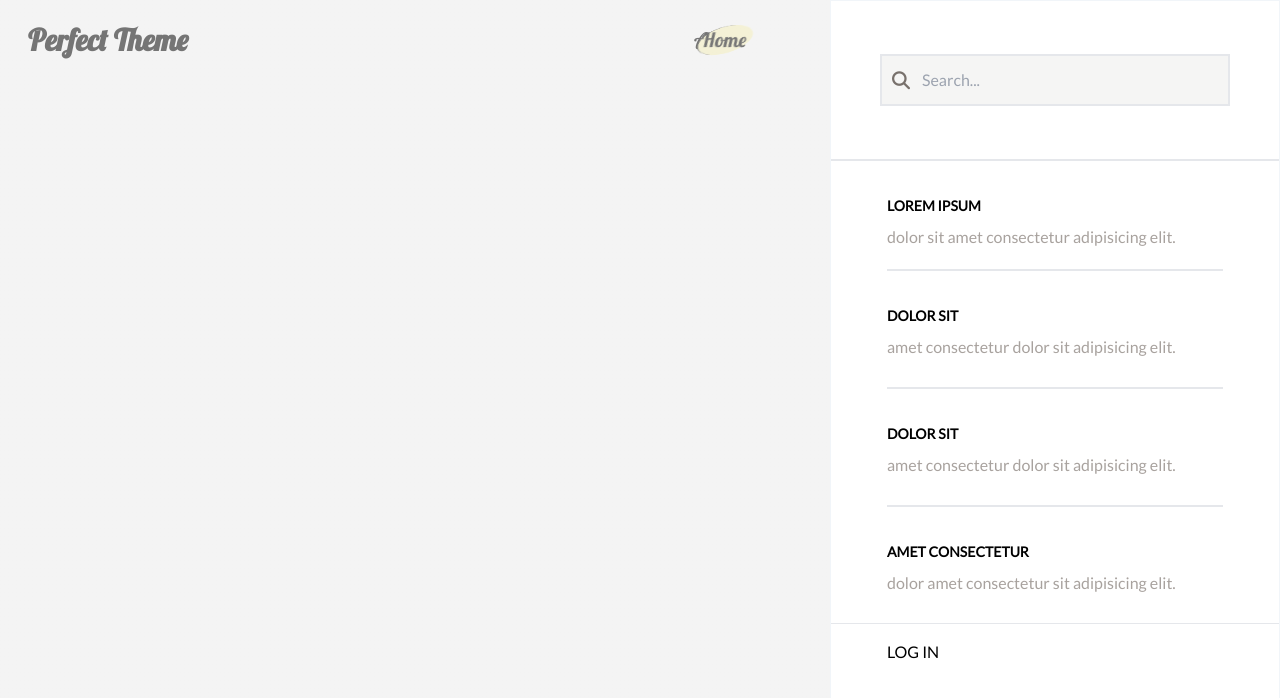
Repository: hsumyatm7308/laravel-blog
Page: blogweb/resources/views/blog/headerlayout.html
An editor plug-in stored every save of this project. The page is shown before and after a run of saves, followed by the edit.
The browser window is 1280 px wide. The pictures show the whole page.
Some web libraries are served in a nearby version.

Above is the page before, as saved 2023-09-04 19:31:51.

### blogweb/resources/views/blog/headerlayout.html
<!DOCTYPE html>
<html>

<head>
    <title>@yield('title')</title>
    <script src="https://cdn.tailwindcss.com"></script>
    <link rel="stylesheet" href="https://cdnjs.cloudflare.com/ajax/libs/font-awesome/6.4.2/css/all.min.css">

</head>
<style>
    /* for nav  */
    @import url('https://fonts.googleapis.com/css2?family=Lobster&display=swap');
    /* for body  */
    @import url('https://fonts.googleapis.com/css2?family=Lato&display=swap');


    body {
        font-family: 'Lato', sans-serif;
    }

    nav {
        font-family: 'Lobster', cursive;
    }


    .container {
        width: 80%;
        height: auto;
        /* background-color: antiquewhite; */

        display: flex;
        justify-content: center;
        align-items: center;

        position: relative;


    }

    .navlabel {
        position: relative;
        /* background-color: aqua; */
    }

    .lictn {
        position: relative;
    }

    .skewtextctn,
    .skewtextctn2 {
        width: 50px;
        height: 30px;
        border-radius: 100%;
        border-left: 1px solid black;

        position: fixed;
        top: 25px;




        transform: skew(-40deg);

    }

    .skewtextctn {
        left: 700px;
    }

    .skewtextctn2 {
        left: 800px;
    }



    .article {
        position: fixed;
        left: 1px;

        top: 1px;
        transform: skew(40deg);

    }

    .skewtextctn:hover,
    .skewtextctn2:hover {
        transition: all .5s;
        background-color: rgb(51 65 85);
    }

    .skewtextctn:hover .article,
    .skewtextctn2:hover .article {
        color: #000;
    }
</style>

<body class="bg-[#ffff]">
    <nav class="w-[100vw] flex justify-center items-center">
        <h1 class="text-3xl font-semibold">Perfect Theme</h1>

        <div class="w-[80%] h-20 flex justify-center items-center container">
            <div class="flex justify-between items-center list-none navlabel">
                <li class="p-5 mr-4 lictn">
                    <div class="bg-yellow-100 skewtextctn">
                        <a href="" class="text-xl text-black article">Home</a>
                    </div>
                </li>

                <li class="p-5 mr-4">
                    <div class=" active">
                        <a href="" class="text-xl text-black ">Article</a>
                    </div>
                </li>
            </div>


        </div>

        <div class=" menu ">
            <span class="text-xs flex justify-center items-center flex-col">
                <div class="w-10 h-[2px] bg-black"></div>
                <span class="p-1 hover:self-end hover:text-yellow-500"> menu</span>
                <div class="w-10 h-[2px] bg-black font-semibold"></div>
            </span>
        </div>
    </nav>



    <div
        class="menu-modal w-screen bg-[linear-gradient(rgba(233,233,233,.5),rgba(233,233,233,.5))] h-screen absolute left-0 top-0">
        <div class="w-[450px] h-[100vh] bg-white absolute right-0 top-0 border border-slate-100">

            <div class="w-full h-40 border-b border-b-2 flex justify-center items-center">
                <form action="" method="post" class="relative">
                    <i class="fa-solid fa-magnifying-glass text-stone-500 text-lg absolute left-3 top-[12px]"></i>
                    <input type="search"
                        class=" border-2 px-32 py-3 pl-10 bg-stone-100 font-thin focus:outline-none	focus:border focus:border-amber-300 focus:ring-1 focus:ring-amber-100"
                        placeholder="Search...">
                </form>
            </div>


            <div class="mt-4">
                <div class="px-14 py-4">
                    <li class="list-none border-b-2 pb-5">
                        <a href="" class="uppercase text-sm font-semibold">Lorem ipsum</a>
                        <p class="text-stone-400 mt-2">dolor sit amet consectetur adipisicing elit.</p>

                    </li>
                </div>

                <div class="px-14 py-4">
                    <li class="list-none border-b-2 pb-7">
                        <a href="" class="uppercase text-sm font-semibold">dolor sit</a>
                        <p class="text-stone-400 mt-2"> amet consectetur dolor sit adipisicing elit.</p>

                    </li>
                </div>


                <div class="px-14 py-4">
                    <li class="list-none border-b-2 pb-7">
                        <a href="" class="uppercase text-sm font-semibold">dolor sit</a>
                        <p class="text-stone-400 mt-2"> amet consectetur dolor sit adipisicing elit.</p>

                    </li>
                </div>

                <div class="px-14 py-4">
                    <li class="list-none  pb-3">
                        <a href="" class="uppercase text-sm font-semibold">amet consectetur </a>
                        <p class="text-stone-400 mt-2"> dolor amet consectetur sit adipisicing elit.</p>

                    </li>

                </div>
                <hr>

                <div class="px-14 py-4">
                    <button class="uppercase">Log in</button>
                </div>

            </div>

        </div>

    </div>


    <script>
        var menu = document.querySelector('.menu');
        menu.addEventListener('click', function () {

        })
    </script>
</body>

</html>

After the next 2 saves:
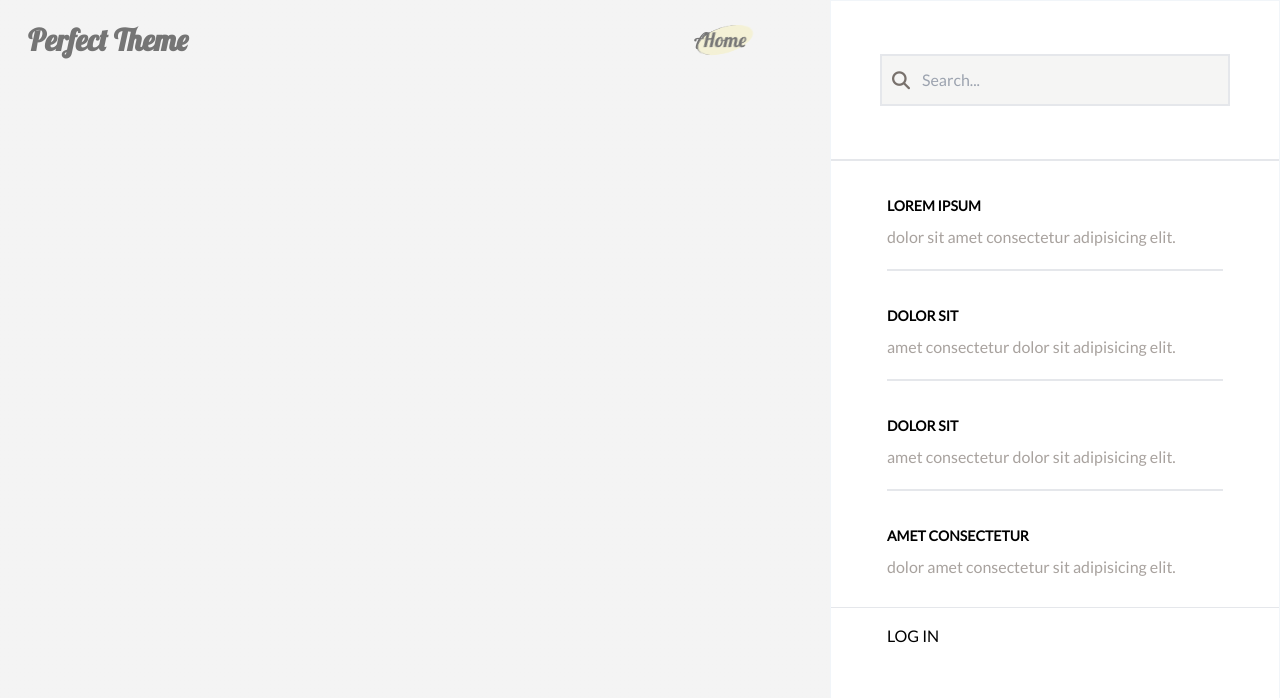
The 2 saves are shown as one change because they came seconds apart.
The last was saved 11 s later.
--- a/blogweb/resources/views/blog/headerlayout.html
+++ b/blogweb/resources/views/blog/headerlayout.html
@@ -151,7 +151,7 @@
                 </div>
 
                 <div class="px-14 py-4">
-                    <li class="list-none border-b-2 pb-7">
+                    <li class="list-none border-b-2 pb-5">
                         <a href="" class="uppercase text-sm font-semibold">dolor sit</a>
                         <p class="text-stone-400 mt-2"> amet consectetur dolor sit adipisicing elit.</p>
 
@@ -160,7 +160,7 @@
 
 
                 <div class="px-14 py-4">
-                    <li class="list-none border-b-2 pb-7">
+                    <li class="list-none border-b-2 pb-5">
                         <a href="" class="uppercase text-sm font-semibold">dolor sit</a>
                         <p class="text-stone-400 mt-2"> amet consectetur dolor sit adipisicing elit.</p>
 
